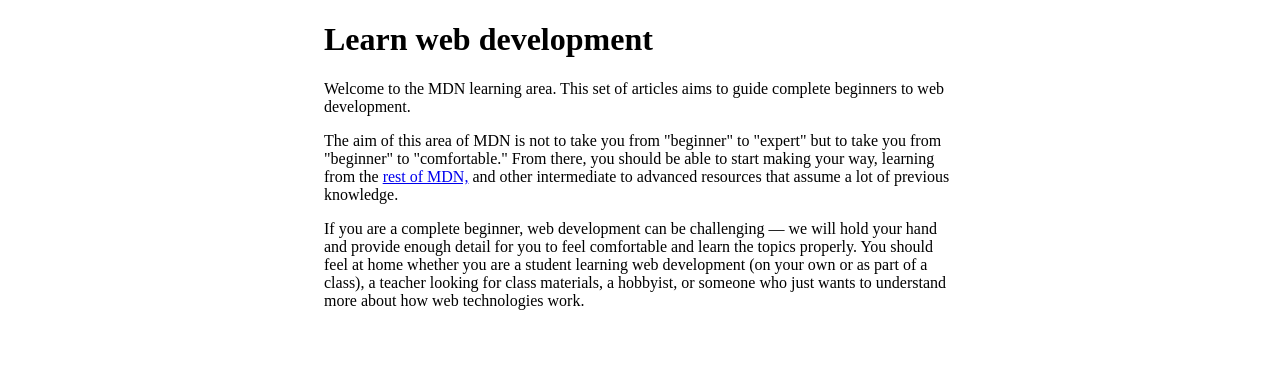
Repository: sriram1224/ReactProjects.github.io
Page: Assignments/Assignment2/index.html
These files come from the project's save history. The page is drawn as it stood at one moment and after the next save; the edit follows.
The browser window is 1280 px wide. The pictures show the whole page.
Some web libraries are served in a nearby version.

Above is the page before, as saved 2024-03-01 10:55:38.

After the next save:
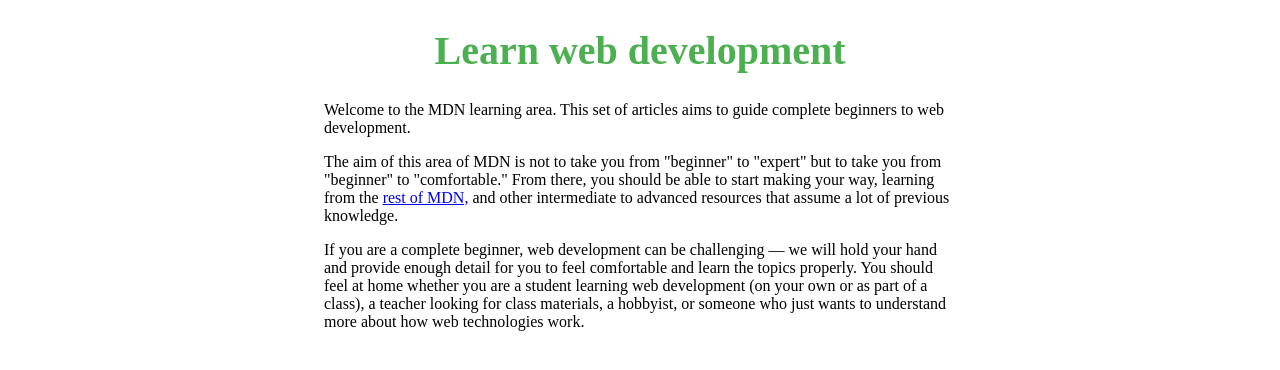
Saved 18 s later.
--- a/Assignments/Assignment2/index.html
+++ b/Assignments/Assignment2/index.html
@@ -11,6 +11,11 @@
           margin: 0 auto;
           width: 50%;
 
+        }
+        #title {
+          color: #4CAF50;
+          font-size: 2.5em;
+          text-align: center;
         }
     </style>
   </head>
